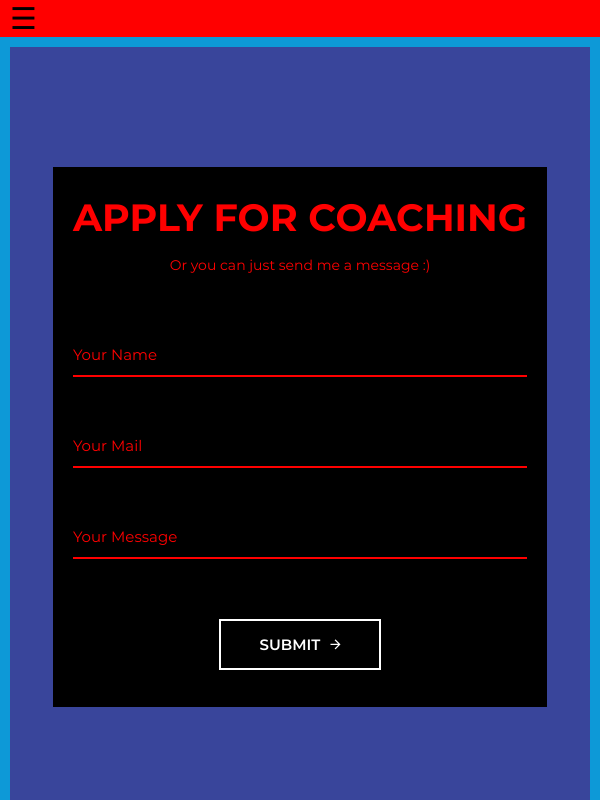
Repository: mamadont/MamadouFitnessWebsite
Page: pages-html/contact-me.html
An editor plug-in stored every save of this project. The page is shown before and after the next save, followed by the edit.
The browser window is 600 px wide. The pictures show the whole page.
Some web libraries are served in a nearby version.

Above is the page before, as saved 2020-07-07 01:28:05.

### pages-html/contact-me.html
<!DOCTYPE html>
<html>

<head>
    <title>Mamadou Fitness</title>
    <link rel="stylesheet" href='../pages-css/contact.css'>
    <meta name="viewport" content="width=device-width, initial-scale=1.0">

    <!-- Animate.CSS-->
    <link rel="stylesheet" href="https://cdnjs.cloudflare.com/ajax/libs/animate.css/4.0.0/animate.min.css" />
    <!-- Font Awesome -->
    <script src="https://kit.fontawesome.com/0a51dc7bb6.js" crossorigin="anonymous"></script>

    <!-- MATERIAL DESIGN ICONIC FONT -->
    <link rel="stylesheet" href="../fonts/material-design-iconic-font/css/material-design-iconic-font.min.css">

</head>

<body>
    <!-- Parent container-->
    <div id="main" class="bg animate__animated animate__slideInLeft">
        <!-- Hamburger Icon-->
        <span class="menu-icon" onclick="openNav()">&#9776; </span>

        <!-- START: Contact form -->
        <div class="wrapper">
            <div class="inner">
                <form action="">
                    <h3>Apply for Coaching</h3>
                    <p>Or you can just send me a message :)</p>
                    <label class="form-group">
						<input type="text" class="form-control"  required>
						<span>Your Name</span>
						<span class="border"></span>
					</label>
                    <label class="form-group">
						<input type="text" class="form-control"  required>
						<span for="">Your Mail</span>
						<span class="border"></span>
					</label>
                    <label class="form-group">
						<textarea name="" id="" class="form-control" required></textarea>
						<span for="">Your Message</span>
						<span class="border"></span>
					</label>
                    <button>Submit
						<i class="zmdi zmdi-arrow-right"></i>
					</button>
                </form>
            </div>
        </div>
        <!-- END: Contact form -->

    </div>

    <!-- Side menu-->
    <div id="myNav" class="overlay">
        <a href="javascript:void(0)" class="closebtn" onclick="closeNav()">&times;</a>
        <div class="overlay-content">
            <!-- Menu Options -->
            <a href="../index.html">Home</a>
            <a href="./about-me.html">About me</a>
            <a href="./social-media.html">Social Media</a>
            <a href="#">Workout Programs</a>
            <a href="#">Shop</a>
            <a href="./contact-me.html">Apply for Coaching</a>
        </div>
    </div>

    <!-- Javascript for this page-->
    <script src="../scripts/script.js"></script>




    <!-- Necessary script tags for Bootstrap-->
    <script src="https://code.jquery.com/jquery-3.5.1.slim.min.js" integrity="sha384-DfXdz2htPH0lsSSs5nCTpuj/zy4C+OGpamoFVy38MVBnE+IbbVYUew+OrCXaRkfj" crossorigin="anonymous"></script>
    <script src="https://cdn.jsdelivr.net/npm/popper.js@1.16.0/dist/umd/popper.min.js" integrity="sha384-Q6E9RHvbIyZFJoft+2mJbHaEWldlvI9IOYy5n3zV9zzTtmI3UksdQRVvoxMfooAo" crossorigin="anonymous"></script>
</body>

</html>

### pages-css/contact.css
/* Background Image */

body,
html {
    height: 100%;
    font-family: "Montserrat-Regular";
    color: red;
    font-size: 15px;
    margin: 0;
    overflow-x: hidden;
    background-color: red;
}

.bg {
    /* The image used */
    background-color: red;
    /* Full height */
    height: 100%;
    /* Center and scale the image nicely */
    background-position: center;
    background-repeat: no-repeat;
    background-size: cover;
    z-index: -1;
}


/* Hamburger (Menu) icon */

.menu-icon {
    font-size: 30px;
    cursor: pointer;
    padding-left: 10px;
    color: black;
    height: 300px;
    width: 300px;
}


/* Menu overlay */

.overlay {
    height: 100%;
    width: 0;
    position: fixed;
    z-index: 1;
    top: 0;
    left: 0;
    background-color: rgb(0, 0, 0);
    background-color: rgba(0, 0, 0, 0.9);
    overflow-x: hidden;
    transition: 0.5s;
}

.overlay-content {
    position: relative;
    top: 25%;
    width: 100%;
    text-align: center;
    margin-top: 30px;
}

.overlay a {
    padding: 8px;
    text-decoration: none;
    font-size: 36px;
    color: #818181;
    display: block;
    transition: 0.3s;
}

.overlay a:hover,
.overlay a:focus {
    color: red;
    text-decoration: none;
}

.overlay .closebtn {
    position: absolute;
    top: 20px;
    right: 45px;
    font-size: 60px;
}

@media screen and (max-height: 450px) {
    .overlay a {
        font-size: 20px
    }
    .overlay .closebtn {
        font-size: 40px;
        top: 15px;
        right: 35px;
    }
}


/* Contact form */

@font-face {
    font-family: "Montserrat-Regular";
    src: url("../fonts/Montserrat/Montserrat-Regular.ttf");
}

@font-face {
    font-family: "Montserrat-Bold";
    src: url("../fonts/Montserrat/Montserrat-Bold.ttf");
}

@font-face {
    font-family: "Montserrat-SemiBold";
    src: url("../fonts/Montserrat/Montserrat-SemiBold.ttf");
}

* {
    -webkit-box-sizing: border-box;
    -moz-box-sizing: border-box;
    box-sizing: border-box;
}

input,
textarea,
select,
button {
    font-family: "Montserrat-Regular";
    color: #fff;
    font-size: 15px;
}

p,
h1,
h2,
h3,
h4,
h5,
h6,
ul {
    margin: 0;
}

img {
    max-width: 100%;
}

ul {
    padding-left: 0;
    margin-bottom: 0;
}

a:hover {
    text-decoration: none;
}

 :focus {
    outline: none;
}

.wrapper {
    min-height: 100vh;
    display: flex;
    align-items: center;
    background-size: cover;
}

.inner {
    max-width: 758px;
    margin: auto;
    background: black;
    border: 10px solid black;
    padding: 77px 99px 87px;
    /* box-shadow: 0px 0px 10px 0px rgba(0, 0, 0, 0.2);
    -webkit-box-shadow: 0px 0px 10px 0px rgba(0, 0, 0, 0.2);
    -moz-box-shadow: 0px 0px 10px 0px rgba(0, 0, 0, 0.2);
    -ms-box-shadow: 0px 0px 10px 0px rgba(0, 0, 0, 0.2);
    -o-box-shadow: 0px 0px 10px 0px rgba(0, 0, 0, 0.2); */
}

textarea {
    resize: none;
}

h3 {
    text-transform: uppercase;
    font-size: 45px;
    font-family: "Montserrat-Bold";
    text-align: center;
    margin-bottom: 12px;
}

p {
    text-align: center;
    padding: 0 10px;
    margin-bottom: 55px;
    line-height: 1.8;
}

.form-group {
    position: relative;
    display: block;
    margin-bottom: 48px;
}

.form-group span {
    font-size: 15px;
    color: red;
    position: absolute;
    top: 11px;
    transition: all .2s ease;
    transform-origin: 0 0;
    cursor: text;
}

.form-group span.border {
    height: 2px;
    display: block;
    position: absolute;
    width: 100%;
    left: 0;
    top: 41px;
    transform: scaleX(0);
    transition: all .15s ease;
    background: #fff;
}

.form-control {
    border: none;
    border-bottom: 2px solid red;
    display: block;
    width: 100%;
    height: 43px;
    font-size: 15px;
    background: none;
    font-family: "Montserrat-SemiBold";
}

.form-control:focus,
.form-control:valid {
    border-bottom: 2px solid #fff;
}

.form-control:focus+span,
.form-control:valid+span {
    transform: translateY(-22px) scale(0.8);
}

.form-control:focus+span+.border,
.form-control:valid+span+.border {
    transform: scaleX(1);
}

textarea.form-control {
    padding-top: 10px;
    padding-bottom: 10px;
}

button {
    border: none;
    width: 162px;
    height: 51px;
    border: 2px solid #fff;
    margin: auto;
    margin-top: 60px;
    cursor: pointer;
    display: flex;
    align-items: center;
    justify-content: center;
    padding: 0;
    background: none;
    color: #fff;
    text-transform: uppercase;
    font-family: "Montserrat-SemiBold";
    -webkit-transform: perspective(1px) translateZ(0);
    transform: perspective(1px) translateZ(0);
    position: relative;
    -webkit-transition-property: color;
    transition-property: color;
    -webkit-transition-duration: 0.3s;
    transition-duration: 0.3s;
}

button i {
    margin-left: 10px;
    -webkit-transform: translateZ(0);
    transform: translateZ(0);
    -webkit-transition-duration: 0.1s;
    transition-duration: 0.1s;
    -webkit-transition-property: transform;
    transition-property: transform;
    -webkit-transition-timing-function: ease-out;
    transition-timing-function: ease-out;
}

button:before {
    content: "";
    position: absolute;
    z-index: -1;
    top: 0;
    left: 0;
    right: 0;
    bottom: 0;
    background: red;
    -webkit-transform: scaleX(0);
    transform: scaleX(0);
    -webkit-transform-origin: 0 50%;
    transform-origin: 0 50%;
    -webkit-transition-property: transform;
    transition-property: transform;
    -webkit-transition-duration: 0.3s;
    transition-duration: 0.3s;
    -webkit-transition-timing-function: ease-out;
    transition-timing-function: ease-out;
}

button:hover {
    border-color: transparent;
}

button:hover:before {
    -webkit-transform: scaleX(1);
    transform: scaleX(1);
}

button:hover i {
    -webkit-transform: translateX(4px);
    transform: translateX(4px);
}

@media (max-width: 767px) {
    h3 {
        font-size: 38px;
    }
    p {
        font-size: 14px;
        padding: 0;
    }
    .inner {
        padding: 27px 20px 37px;
        border: none;
        box-shadow: none;
        -webkit-box-shadow: none;
        -moz-box-shadow: none;
        -ms-box-shadow: none;
        -o-box-shadow: none;
    }
    .wrapper {
        background: #39459b;
        border: 10px solid #0d99d7;
    }
}


/*# sourceMappingURL=style.css.map */

### scripts/script.js
function openNav() {
    // Changes width based on the width of the viewport (30% for larger screens, 100% for smaller screens)
    if (window.innerWidth < 1280) {
        document.getElementById("myNav").style.width = "100%";
    } else {
        document.getElementById("myNav").style.width = "30%";
    }

    document.getElementById("main").style.opacity = 0.5;



}

function closeNav() {
    document.getElementById("myNav").style.width = "0%";
    document.getElementById("main").style.opacity = 1.0
}

Loaded but not shown: fonts/material-design-iconic-font/css/material-design-iconic-font.min.css (library)

After the next save:
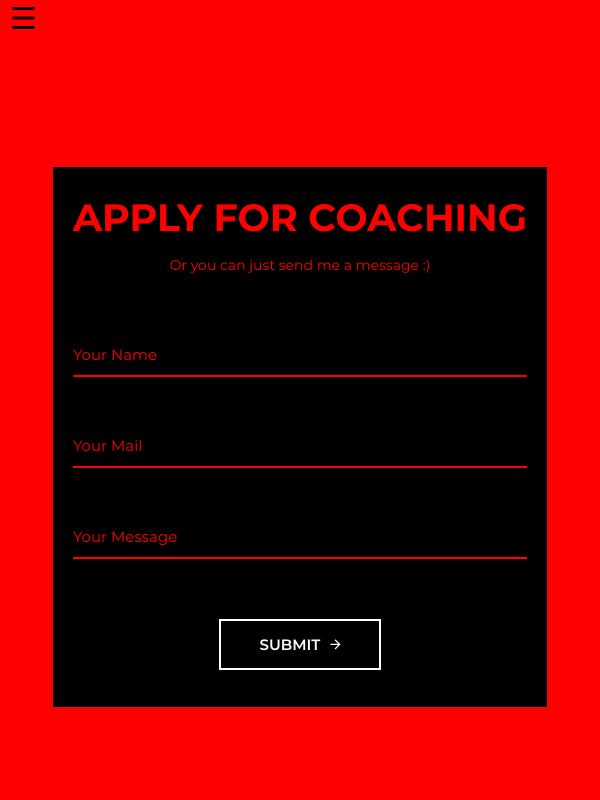
Saved 25 s later.
--- a/pages-css/contact.css
+++ b/pages-css/contact.css
@@ -340,10 +340,6 @@ button:hover i {
         -ms-box-shadow: none;
         -o-box-shadow: none;
     }
-    .wrapper {
-        background: #39459b;
-        border: 10px solid #0d99d7;
-    }
 }
 
 
